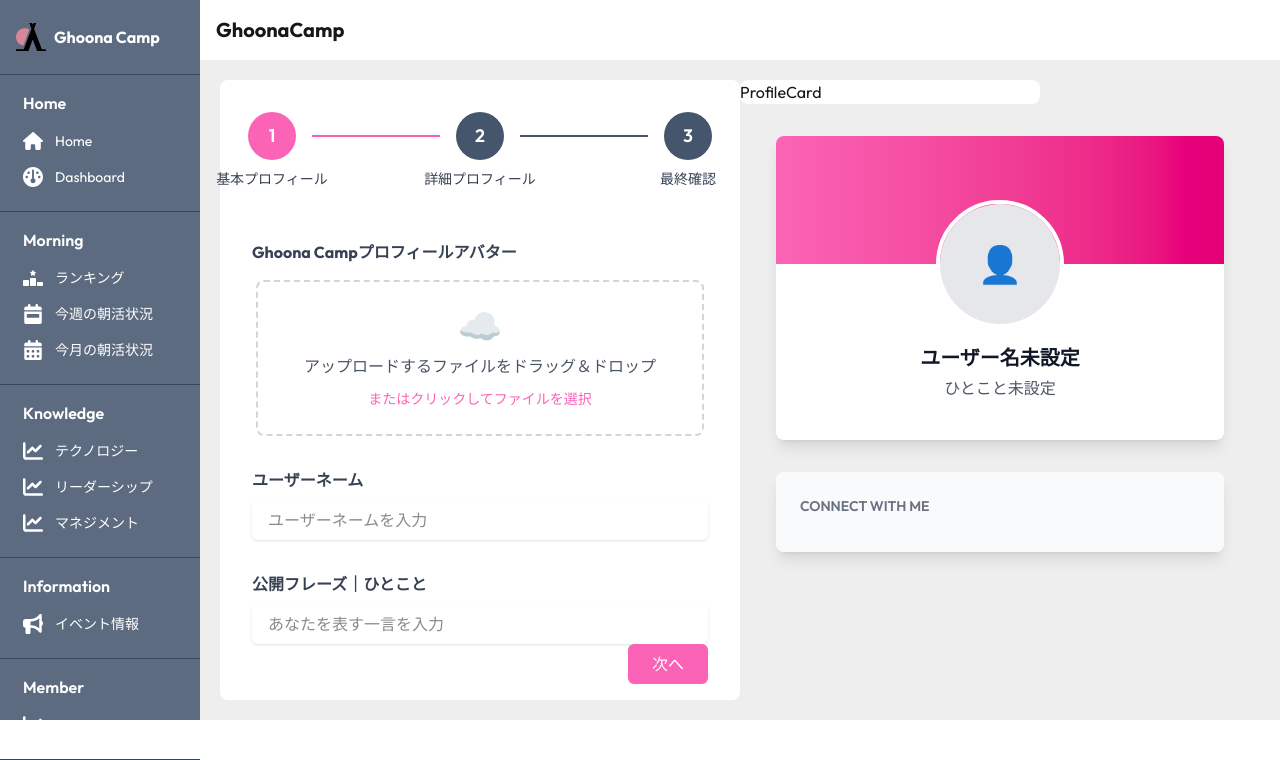
Repository: ShotaGhoona/ghoonacamp_platform
Page: /setting/profile
The author's editor kept a copy of each file at every save. The page is drawn from the files as they stood at one save, then again after the next save.
The browser window is 1280 px wide. The pictures show the whole page.
The page's requests for data from a server got no answer. The project was rebuilt for these pictures with package versions that can differ from the ones it lists, and the page was loaded fresh each time. Some packages were replaced by stand-ins written for this rebuild. The framework's server and built-in components were replaced by stand-ins that run in the browser. No one was signed in, and anything a server would have sent is missing. Also part of the build but not shown: next.config.js, src/features/setting/profile/display/DetailProfileForm.tsx, src/features/setting/profile/display/ConfirmationView.tsx.

Above is the page before, as saved 2025-04-29 14:34:16.

After the next save:
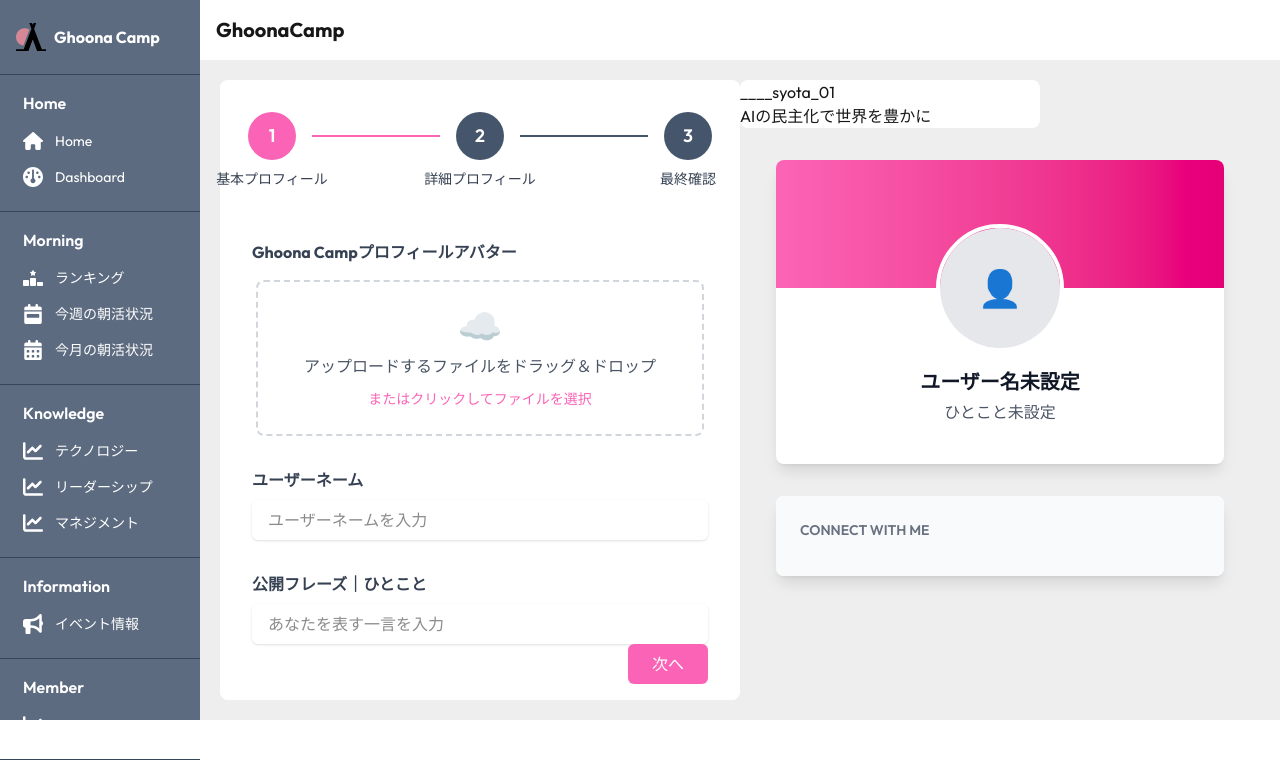
Saved 70 s later.
--- a/src/components/common/profileCard.tsx
+++ b/src/components/common/profileCard.tsx
@@ -1,7 +1,15 @@
 export const ProfileCard = () => {
   return (
     <div className="w-[300px] bg-white rounded-lg">
-      <h1>ProfileCard</h1>
+      <div>
+        <p>____syota_01</p>
+      </div>
+      <div>
+        <img src="" alt="" />
+      </div>
+      <div>
+        <p>AIの民主化で世界を豊かに</p>
+      </div>
     </div>
   );
 };
